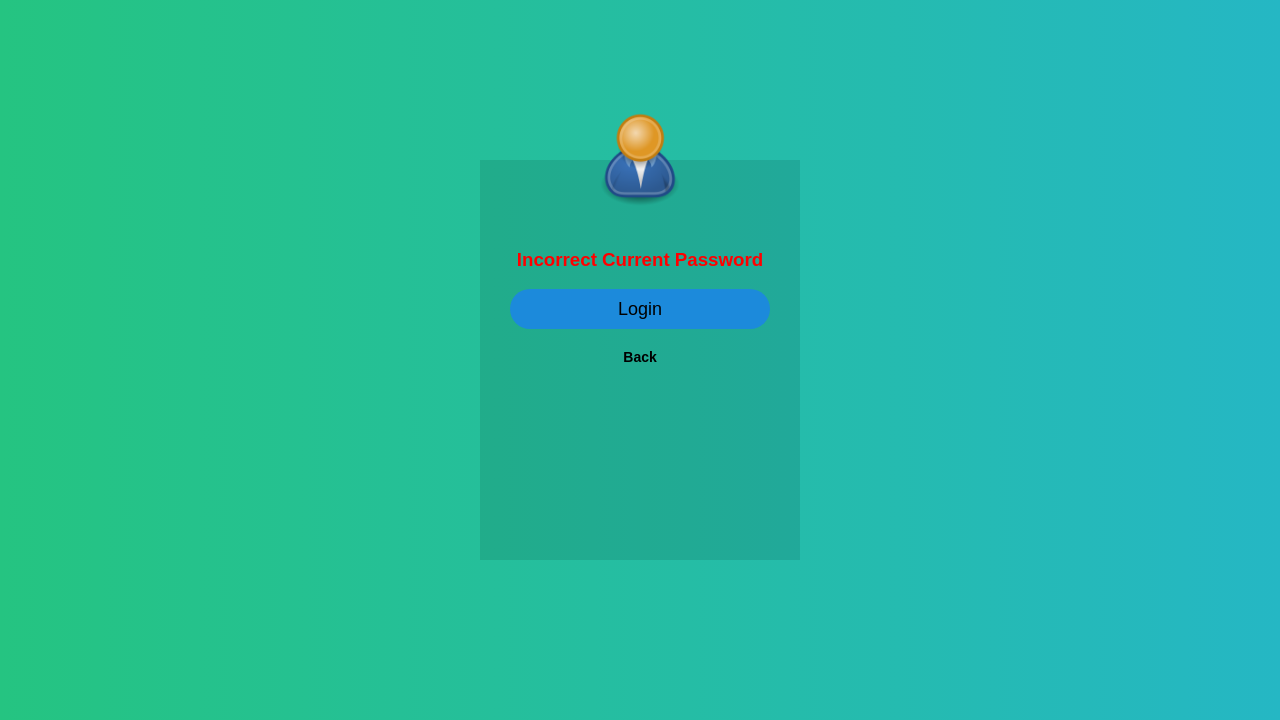
Repository: AlkaDas991/Dbms
Page: Student Record Management/WebContent/success.html
The author's editor kept a copy of each file at every save. The page is drawn from the files as they stood at one save, then again after the next save.
The browser window is 1280 px wide. The pictures show the whole page.

Above is the page before, as saved 2021-03-12 19:41:27.

### Student Record Management/WebContent/success.html
<html>
<head>
<meta http-equiv="Content-Type" content="text/html; charset=ISO-8859-1">
  <link rel="stylesheet" type="text/css" href="style.css">
  <style>
  h3{
color:red;
}
  .login-box{
    height: 400px;
}</style>
</head>
<body>
    <div class="login-box">
    <img src="user.png" class="avatar">
        <h3><center>Incorrect Current Password</center></h3>
            <input type="submit" name="submit" value="Login">
            </form>
              <center><h1><a href="studentHome.jsp">Back</a></h1></center>
        </div>
    </body>
</html>

### Student Record Management/WebContent/style.css

@import url(https://fonts.googleapis.com/css?family=Roboto:400,500,300,700);
body{
	background: -webkit-linear-gradient(left, #25c481, #25b7c4);
  	background-color: linear-gradient(to right, #25c481, #25b7c4);
  	font-family: 'Roboto', sans-serif;
    margin: 0;
    padding: 0;
    background-size: cover;
    background-position: center;
    font-family: sans-serif;
}
.login-box{
    width: 320px;
    height: 450px;
    background: rgba(0, 0, 0, 0.1);
    color: #fff;
    top: 50%;
    left: 50%;
    position: absolute;
    transform: translate(-50%,-50%);
   box-sizing: border-box;
    padding: 70px 30px;
}
.avatar{
    width: 100px;
    height: 100px;
    position: absolute;
    top: -50px;
    left: calc(50% - 50px);
}
h1{
    margin: 0;
    padding: 0 0 20px;
    text-align: center;
    font-size: 22px;
    color:black;
}
.login-box p{
    margin: 0;
    padding: 0;
    font-weight: bold;
}
.login-box input{
    width: 100%;
    margin-bottom: 20px;
}
.login-box input[type="text"], input[type="password"],input[type="number"],input[type="email"]
{
    border: none;
    border-bottom: 1px solid black;
    background: transparent;
    outline: none;
    height: 40px;
    color: black;
    font-size: 16px;
}
.login-box input[type="submit"]
{
    border: none;
    outline: none;
    height: 40px;
    background: #1c8adb;
    color: black;
    font-size: 18px;
    border-radius: 20px;
}
.login-box input[type="submit"]:hover
{
    cursor: pointer;
    background: #39dc79;
    color: #000;
}

.login-box a{
    text-decoration: none;
    font-size: 14px;
    color: black;
}
.login-box a:hover
{
    color: #39dc79;
}
h2
{
	color:black;
}

After the next save:
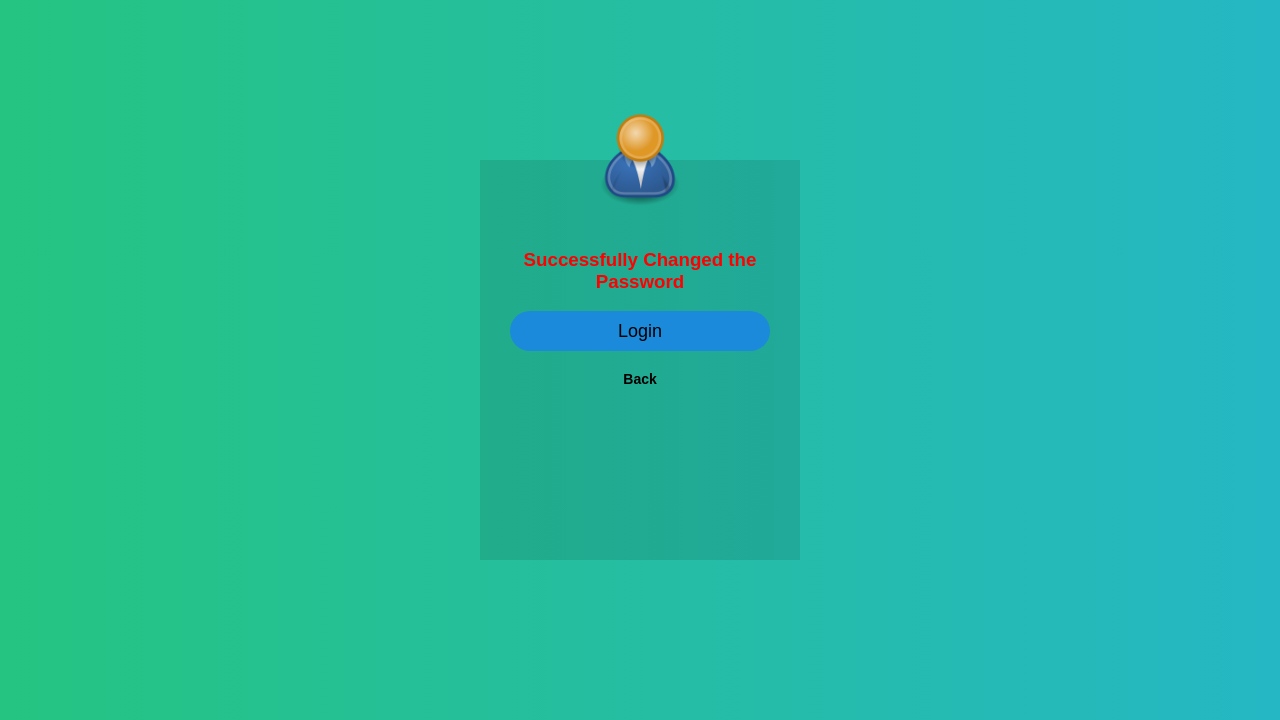
Saved 19 s later.
--- a/Student Record Management/WebContent/success.html
+++ b/Student Record Management/WebContent/success.html
@@ -13,7 +13,7 @@ color:red;
 <body>
     <div class="login-box">
     <img src="user.png" class="avatar">
-        <h3><center>Incorrect Current Password</center></h3>
+        <h3><center>Successfully Changed the Password</center></h3>
             <input type="submit" name="submit" value="Login">
             </form>
               <center><h1><a href="studentHome.jsp">Back</a></h1></center>
